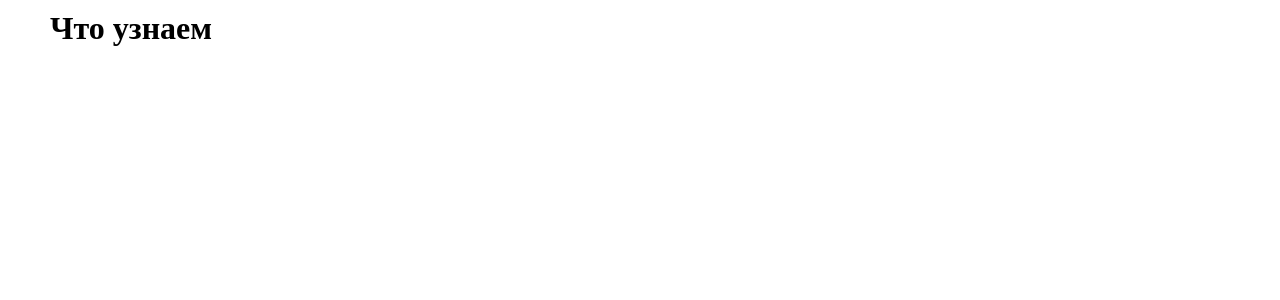
Repository: AytacSafarova/Figma--task
Page: index.html
The author's editor kept a copy of each file at every save. The page is drawn from the files as they stood at one save, then again after the next save.
The browser window is 1280 px wide. The pictures show the whole page.

Above is the page before, as saved 2023-08-02 13:47:16.
Console error: ReferenceError: camelcase is not defined

### index.html
<!DOCTYPE html>
<html lang="en">

<head>
    <meta charset="UTF-8">
    <meta name="viewport" content="width=device-width, initial-scale=1.0">
    <title>Document</title>
    <link rel="stylesheet" href="./index.css">
</head>
<body>
<div class="container">
<h1>Что узнаем</h1>
</div>
</body>
<script src="index.js"></script>
</html>

### index.css
*{
    margin: 0;
    padding: 0;
    box-sizing: border-box;
}
.container{
    padding: 10px 20px 30px 50px;
}

### index.js
let a=4
a=a+2
a+=2
let userName
camelcase
// kebab case

After the next save:
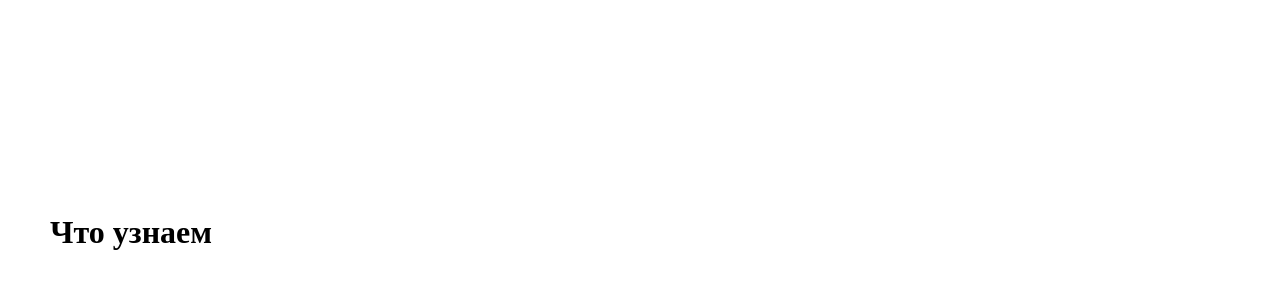
Saved 65 s later.
--- a/index.css
+++ b/index.css
@@ -4,5 +4,5 @@
     box-sizing: border-box;
 }
 .container{
-    padding: 10px 20px 30px 50px;
+    padding: 214px 20px 30px 50px;
 }
